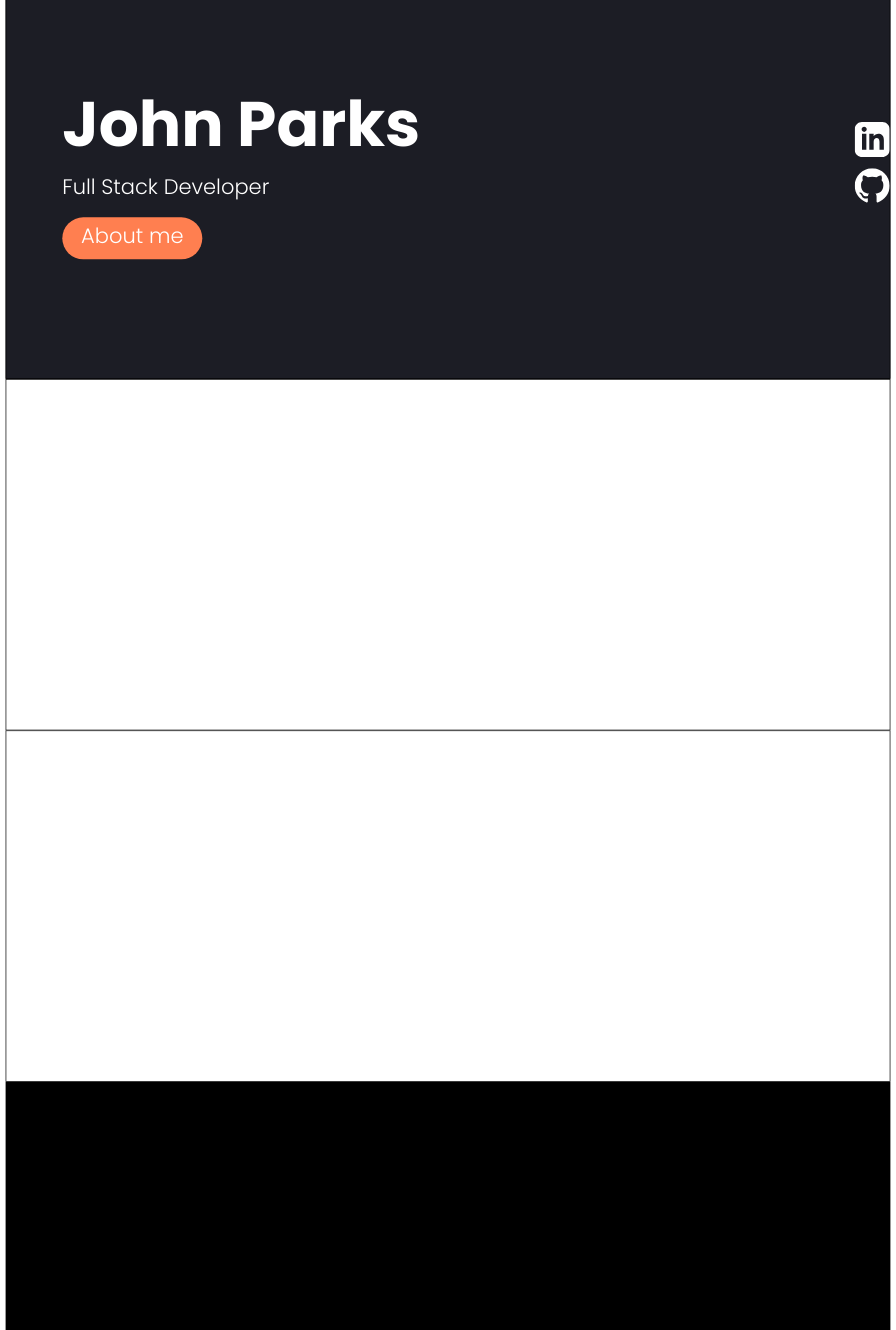
Repository: Jcparks84/Portfolio
Page: index.html
An editor plug-in stored every save of this project. The page is shown before and after a run of saves, followed by the edit.
The browser window is 1280 px wide. The pictures show the part of the page from y = 189 to 2089 px (the page is 2242 px tall), at 70% of full size.
A picture or video elsewhere on the page could not be fetched, so the positions and the page height are approximate.

Above is the page before, as saved 2022-08-10 15:15:37.

### index.html
<!DOCTYPE html>
<html>
    <head>
        <link rel="stylesheet" href="src/styles.css"/>
        <link rel="preconnect" href="https://fonts.googleapis.com">
        <link rel="preconnect" href="https://fonts.gstatic.com" crossorigin>
        <link href="https://fonts.googleapis.com/css2?family=Poppins:wght@300;400;600;700;800&display=swap" rel="stylesheet">
        <title>Portfolio</title>
        <meta charset="UTF-8" />
    </head>
    <body>
        <section class="hero">
            <nav>
                <img class="logo" src="src/images/coding-png-11.png" alt="John's Logo"/>
                <ul>
                    <li>About Me</li>
                    <li>Projects</li>
                    <li>Contact Me</li>
                </ul>
            </nav>
            <div class="hero-area">
                <div class="hero-text">
                <h1>John Parks</h1>
                <p>Full Stack Developer</p>
                <div class="button">About me</div>
            </div>
            <div class="socials">
                <div class="social">
                    <svg xmlns="http://www.w3.org/2000/svg" fill="#ffffff" width="50" height="50" viewBox="0 0 24 24"><path d="M19 0h-14c-2.761 0-5 2.239-5 5v14c0 2.761 2.239 5 5 5h14c2.762 0 5-2.239 5-5v-14c0-2.761-2.238-5-5-5zm-11 19h-3v-11h3v11zm-1.5-12.268c-.966 0-1.75-.79-1.75-1.764s.784-1.764 1.75-1.764 1.75.79 1.75 1.764-.783 1.764-1.75 1.764zm13.5 12.268h-3v-5.604c0-3.368-4-3.113-4 0v5.604h-3v-11h3v1.765c1.396-2.586 7-2.777 7 2.476v6.759z"/></svg>
                </div>
                <div class="social">
                    <svg xmlns="http://www.w3.org/2000/svg" fill="#ffffff" width="50" height="50" viewBox="0 0 24 24"><path d="M12 0c-6.626 0-12 5.373-12 12 0 5.302 3.438 9.8 8.207 11.387.599.111.793-.261.793-.577v-2.234c-3.338.726-4.033-1.416-4.033-1.416-.546-1.387-1.333-1.756-1.333-1.756-1.089-.745.083-.729.083-.729 1.205.084 1.839 1.237 1.839 1.237 1.07 1.834 2.807 1.304 3.492.997.107-.775.418-1.305.762-1.604-2.665-.305-5.467-1.334-5.467-5.931 0-1.311.469-2.381 1.236-3.221-.124-.303-.535-1.524.117-3.176 0 0 1.008-.322 3.301 1.23.957-.266 1.983-.399 3.003-.404 1.02.005 2.047.138 3.006.404 2.291-1.552 3.297-1.23 3.297-1.23.653 1.653.242 2.874.118 3.176.77.84 1.235 1.911 1.235 3.221 0 4.609-2.807 5.624-5.479 5.921.43.372.823 1.102.823 2.222v3.293c0 .319.192.694.801.576 4.765-1.589 8.199-6.086 8.199-11.386 0-6.627-5.373-12-12-12z"/></svg>
                </div>
            </div>
        </div>
        </section>
        <section></section>
        <section></section>
        <footer></footer>

        <script src="src/app.js"></script>
    </body>
</html>

### src/styles.css
body {
    font-family: 'Poppins', sans-serif;

}

section {
    height: 500px;
    background-color: white;
    border: solid black 1px;
}

.hero {
    background-color: #1c1d25;
    height: 100vh;
    color: white;
    font-size: 40px;
}

footer {
    height: 500px;
    background-color: black;
}

nav {
    display: flex;
    justify-content: space-between;
}

ul {
    display: flex;
    list-style-type: none;
    width: 500px;
    justify-content: space-around;
    font-size: 30px;
}

li {
    text-decoration: none;
}

h1 {
    font-size: 90px;
    margin: 0;
}

p {
    margin: 0;
    font-size: 30px;
    font-weight: 300;
}

.hero-area {
    display: flex;
    height: 100%;
    justify-content: space-between;
    align-items: center;
}

.hero-text {
    margin-left: 80px;
    margin-bottom: 200px;
}

.button {
    width: 200px;
    height: 55px;
    border-radius: 30px;
    background-color: coral;
    text-align: center;
    font-size: 30px;
    font-weight: 300;
    padding-top: 5px;
    margin-top: 20px;
}

.button:hover {
    background-color: #ef744b;
}

.button:active {
    background-color: #A9A9A9;
    color: #808080;
}

.socials {
    padding-bottom: 200px;
}

.logo {
    height: 100px;
    margin: 30px;
}

.social {
    margin
}

Loaded but not shown: src/app.js (no stored copy; drawn as an empty file)

After the next 3 saves:
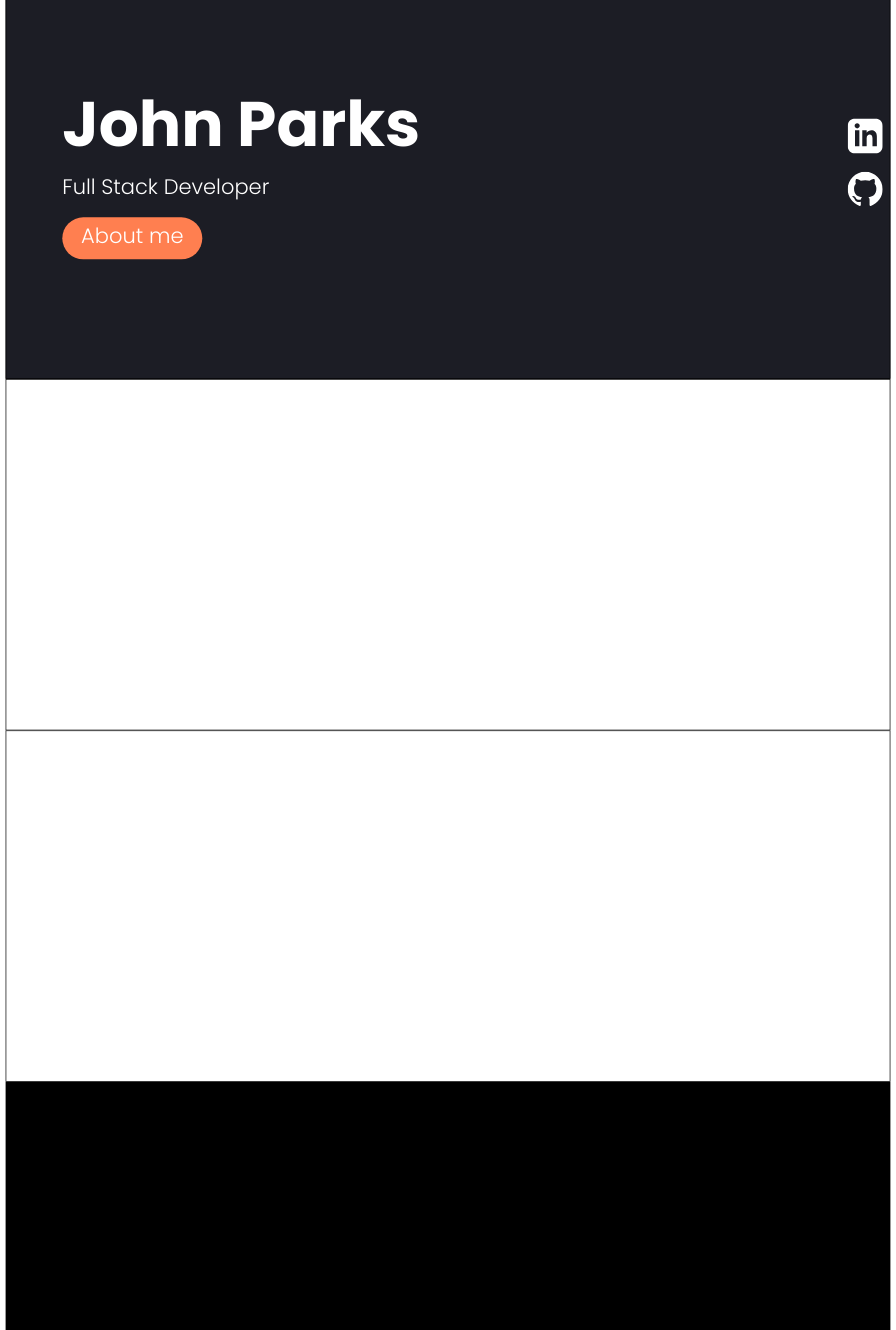
The 3 saves are shown as one change because they came seconds apart.
The last was saved 9 s later.
--- a/src/styles.css
+++ b/src/styles.css
@@ -92,5 +92,5 @@ p {
 }
 
 .social {
-    margin
+    margin: 10px
 }
